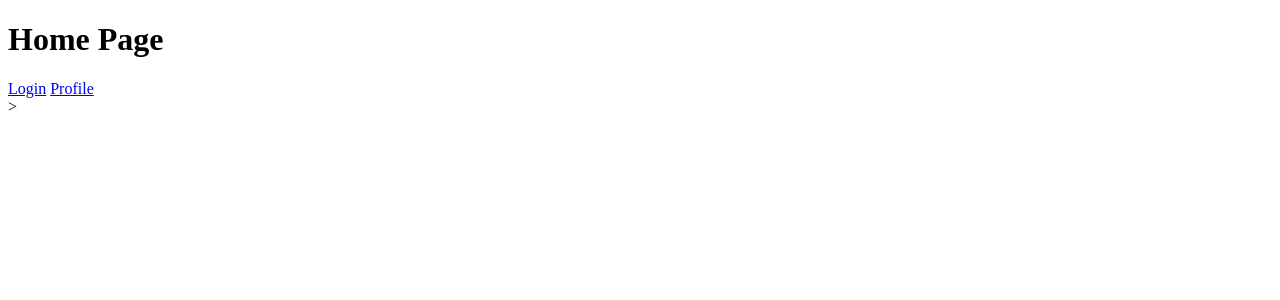
Repository: TarangPatel-Ai/J2EE
Page: Sessions/src/main/webapp/index.html
These files come from the project's save history. The page is drawn as it stood at one moment and after the next save; the edit follows.
The browser window is 1280 px wide. The pictures show the whole page.

Above is the page before, as saved 2025-10-20 17:18:33.

After the next save:
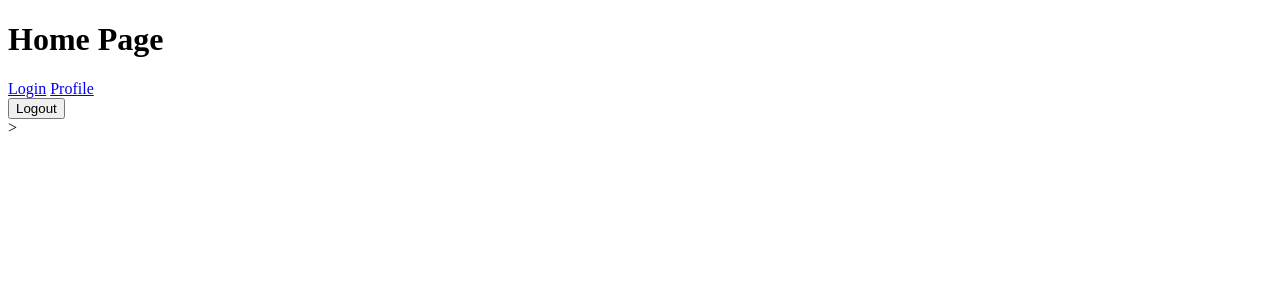
Saved 58 s later.
--- a/Sessions/src/main/webapp/index.html
+++ b/Sessions/src/main/webapp/index.html
@@ -8,6 +8,8 @@
 <h1>Home Page</h1>
 <a href="login.html">Login</a>
 <a href="./Profile">Profile</a>
-<form action="Logout" method="post" value="Logout"></form>>
+<form action="Logout" method="post" >
+<input type="submit" value="Logout">
+</form>>
 </body>
 </html>
